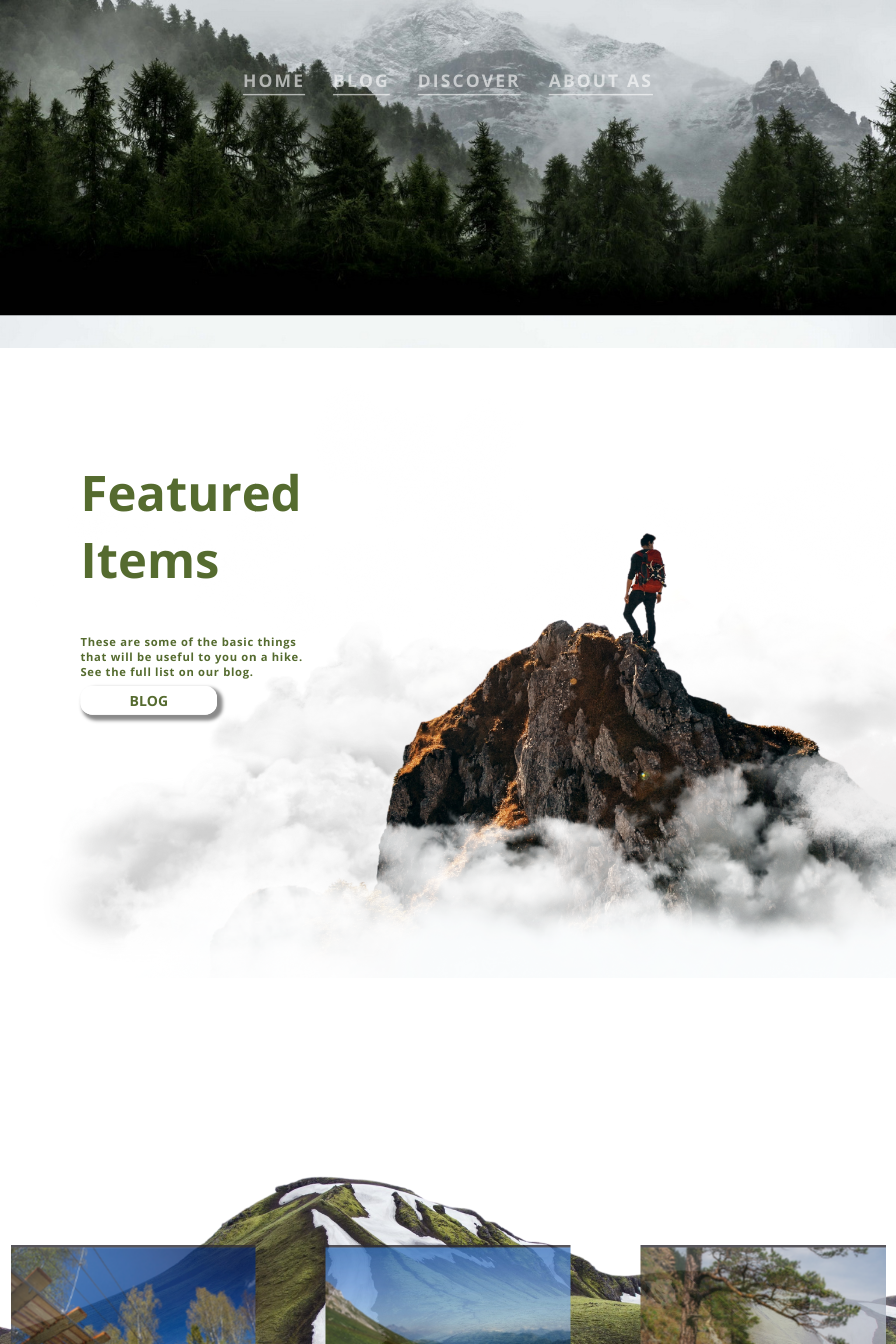
Repository: artembundin/travelrus.github.io
Page: index.html
The author's editor kept a copy of each file at every save. The page is drawn from the files as they stood at one save, then again after a run of saves.
The browser window is 1280 px wide. The pictures show the part of the page from y = 403 to 2323 px (the page is 4792 px tall), at 70% of full size.
A picture or video elsewhere on the page could not be fetched, so the positions and the page height are approximate. An inner scrolling area shows only its first screen. Backgrounds fixed to the window are drawn as part of the page. Some web fonts or font styles are not loaded; a fallback is used.

Above is the page before, as saved 2025-05-08 02:09:30.
Console error: TypeError: Cannot read properties of null (reading 'offsetTop')

### index.html
<!DOCTYPE html>
<html lang="en">
  <head>
    <meta charset="UTF-8" />
    <meta name="viewport" content="width=device-width, initial-scale=1.0" />
    <title>Document</title>
    <link rel="stylesheet" href="style.css" />
  </head>
  <body>
    <header class="header">
      <div class="container-header">
        <img src="icons/TRAIL TRIBE (3).svg" alt="" class="anim header-logo" />
        <ul class="header-list">
          <li><a class="active" href="/">HOME</a></li>
          <li><a href="#join">BLOG</a></li>
          <li><a href="#inf">DISCOVER</a></li>
          <li><a href="#aboutus">ABOUT AS</a></li>
        </ul>
      </div>
    </header>
    <main class="main">
      <section class="join" id='join'>
        <div class="join-container">
          <div class="text_section">
            <h2>Featured Items</h2>
            <p>
              These are some of the basic things that will be useful to you on a
              hike. See the full list on our blog.
            </p>
            <a href="#" class="btn_list" id="newPageButton">BLOG</a>
          </div>

        </div>
      </section>
      <section class="inf" id='inf'>
        <div class="inf-container">
          <h2 class="inf-caption animate-slidein">Find our most popular camps</h2>
          <div class="cards">
              <div class="cards-content">
                <a href="map.html#mapstore">
                  <img src="images/bvt.jpeg" alt="" class="img">
                </a>
                <div class="cards-text">
                  <h4 class="cards-title">The Big Valdai Trail</h4>
                  <p class="cards-sub-title">Its uniqueness lies in the change of ecological systems: spruce-fir forest, broad-leaved forest, pine forest.</p>
                </div>
              </div>
            <div class="cards-content">
              <a href="map.html#mapstore2">
                <img src="images/30.jpeg" alt="" class="img">
              </a>
              <div class="cards-text">
                <h4 class="cards-title">Through the Mountains to the Sea</h4>
                <p class="cards-sub-title">One of the oldest, most popular traveled tourist routes in the Soviet Union.</p>
              </div>
            </div>
            <div class="cards-content">
              <a href="map.html#mapstore3">
                <img src="images/btt.jpeg" alt="" class="img">
              </a>
              <div class="cards-text">
                <h4 class="cards-title">The Great Baikal Trail</h4>
                <p class="cards-sub-title">The trail will connect three national parks and three reserves.</p>
              </div>
            </div>
          </div>
        </div>
      </section>
      <section class="aboutus" id='aboutus'>
        <div class="aboutus-container">
          <div class="aboutus-image animate-slideleft"></div>
          <div class="aboutus-text animate-slideright">
            <h2 class="aboutus-title">About us</h2>
            <p class="aboutus-sub-title">Our team provides you with a multifunctional website, where you can find useful information for your future adventure, as well as leave comments about the trail you have visited.</p>
          </div>
        </div>
      </section>
      <section class="stuff-list">
      <h2 class="stuff-list-caption animate-appeir">That is useful for any hike</h2>
      <div class="item">
        <div class="stuff-list-container animate-appeir">
            <div class="stuff-item">
                    <p class="item1_title">Knife</p>
                    <img src="images/knife.svg" alt="/" id="item1">
            </div>
            <div class="stuff-item">
                    <p class="item2_title">Sleeping-bag</p>
                    <img src="images/sleepingbag.svg" alt="/" id="item2">
            </div>
            <div class="stuff-item">
                    <p class="item3_title">Tent</p>
                    <img src="images/tent.svg" alt="/" id="item3">
            </div>
          </div>
      </div>
    </section>
  </main>
  <script src="animation.js"></script>
  </body>
</html>




<!--<h2 class="stuff-list-caption">That is useful for any hike</h2>-->

### style.css
@font-face {
  font-family: 'OpenSans';
  src: url(fonts/OpenSans-Regular.woff2) format('woff2');
  font-weight: 400;
  font-style: normal;
  font-display: swap;
}
@font-face {
  font-family: 'OpenSans';
  src: url(fonts/OpenSans-Bold.woff2) format('woff2');
  font-weight: 700;
  font-style: normal;
  font-display: swap;
}


body {
  margin: 0;
  font-family: 'OpenSans';
  background-color: white;
  color: white;
  font-weight: 550;
}

ul {
  list-style: none;
  padding: 0;
  margin: 0;
}

a {
  text-decoration: none;
  color: white;
}

p {
  display: flex;
  /*animation: pfade linear both;
  animation-timeline: view();
  animation-range: entry 50% cover 50%;*/
}


h1, h2, h3, h4, h5, h6 {
  display: flex;
  /*animation: pfade linear both;
  animation-timeline: view();
  animation-range: entry 50% cover 50%;*/
}


/*@keyframes pfade {
  from {
    opacity: 0;
  }
  to {
    opacity: 1;
  }
} */

a {
  text-decoration: none;
}

/*Шапка*/

.header {
  position: relative;
  text-align: center;
  background-image: url(images/hiking3.jpeg);
  background-attachment: fixed;
  background-size: cover;
  background-position: center;
}

.container-header {
  display: flex;
  flex-direction: column;
  align-items: center;
  max-width: 1200px;
  height: 900px;
  margin-left: auto;
  margin-right: auto;
  overflow-x: hidden;
  padding: 0 15px;
}

.header-logo {
  width: 600px;
  height: 600px;
}



.header-img {
  position: absolute;
  width: 100%;
  height: auto;

  background-image: url(images/hiking3.jpeg);
  /*background-attachment: fixed;
    background-size: cover;
    background-position: center;*/
  z-index: -1;
}

.header-list {
  display: flex;
  gap: 40px;
  margin-top: -100px;
  text-decoration: underline;
  text-underline-offset: 10px;
  opacity: 0.6;
  font-weight: 600;
  font-size: 25px;
  letter-spacing: 3px;
}


/*СЕКЦИЯ 1*/

.main {
  display: inline;
}


.join {
  background-image: url('images/cloudmount.png');
  background-size: cover;
  background-position: center;
  background-repeat: no-repeat;
  animation: pfade linear both;
}

@keyframes pfade {
  from {
    opacity: 0;
  }
  to {
    opacity: 1;
  }
}

.join-container {
  display: flex;
  max-width: 1500px;
  height: 900px;
  margin-left: auto;
  margin-right: auto;
  overflow-x: hidden;
  padding: 0 15px;
}


.text_section {
  width: 330px;
  height: 900px;
  padding: 100px;
  color: darkolivegreen;
}

.text_section p {
  letter-spacing: 1px;
}

.text_section h2 {
  font-size: 70px;
  font-weight: 700;
}

/*Кнопка*/

.btn_list {
  margin-top: 50px;
  text-align: center;
  padding: 7px 70px;
  font-size: 20px;
  color: darkolivegreen;
  background-color: white;
  border-radius: 17px;
  box-shadow: 5px 5px 5px 3px #8a8a8a;
  cursor: pointer;
  transition: .3s;
}

.btn_list:active {
  transform: translateY(4px);
  box-shadow: 0 5px 0 darkgreen;
}


/*Конец кнопки*/



/*СЕКЦИЯ 2*/

.inf {
  background-image: url(images/holm.png);
  background-attachment: fixed;
  background-size: 1500px 900px;
  background-repeat: no-repeat;
  color: #AFD2F2;

}


.inf-caption {
  display: flex;
  justify-content: center;
  font-size: 60px;
  font-weight: 700;
  margin-top: 100px;
  margin-bottom: 200px;

  color: white;
}

@keyframes slidein {
  from {
    transform: translateX(-100%);
    opacity: 0;
  }
  to {
    transform: translateX(0);
    opacity: 1;
  }
}

.inf-caption.animate-slidein {
  animation: slidein;
  animation-duration: 2s;
  animation-timing-function: linear forwards;
  animation-iteration-count: 1;
}

.inf-container {
  max-width: 1500px;
  height: 900px;
  margin-left: auto;
  margin-right: auto;
  overflow-x: hidden;
  padding: 0 15px;
}

@keyframes fadein {
  from {
    opacity: 0;
  }
  to {
    opacity: 1;
  }
}

.cards {
  display: flex;
  justify-content: center;
  gap: 100px;
  animation: pfade linear both;
  animation-timeline: view();
  animation-range: entry 50% cover 50%;
}

.cards-content {
  display: flex;
  position: relative;
  justify-content: center;
  align-items: center;
  overflow: hidden;




  /*width: 400px;
  border-radius: 20px;
  margin-top: 200px;
  text-align: center;*/
}


.img {
  width: 400px;
  height: 300px;
  border: 3px solid #2E2C33;




  /*max-width: 100%;
  height: 350px;
  object-fit: cover;
  border-radius: 15px;*/
}

.cards-text {
  width: 200px;
  height: 200px;
  background-color: white;
  padding: 1.5rem 2rem;
  box-shadow: 0 8px 24px hsla(0, 0%, 0%, .15);
  border-radius: 1rem;
  position: absolute;
  bottom: -9rem;
  opacity: 0;
  transition: opacity 1s 1s;
}

.cards-title {
  font-size: 28px;
  font-weight: 700;
  margin-bottom: .75rem;
}



.cards-sub-title {
  font-size: 13px;
  font-weight: 400;

}

.cards-content:hover .cards-text{
  animation: show-text 1s forwards;
  opacity: 1;
  transition: opacity .3s;
}

.cards-content {
  animation-name: remove-overflow;
  animation: remove-overflow 2s forwards;

}

.cards-content:not(:hover) {
  animation: show-overflow 2s forwards;
}

.cards-content:not(:hover) .cards-text {
  animation: remove-text 1s forwards;
}

@keyframes show-text {
  50% {
    transform: translateY(-10rem);
  }
  100% {
    transform: translateY(-7rem);
  }
}

@keyframes remove-overflow {
  to {
    overflow: initial;
  }
}

@keyframes remove-text {
  0% {
    transform: translateY(-7rem);
  }
  50% {
    transform: translateY(-10rem);
  }
  100% {
    transform: translateY(.5rem);
  }
}

@keyframes show-overflow {
  0% {
    overflow: initial;
    pointer-events: none;
  }
  50% {
    overflow: hidden;
  }
}


/*СЕКЦИЯ 3 */



.aboutus {
  color: darkolivegreen;
}


.aboutus-container {
  display: flex;
  max-width: 1500px;
  height: 800px;
  margin-right: auto;
  overflow-x: hidden;
  margin-top: 100px;
  margin-bottom: 150px;
}


.aboutus-image {
  background-image: url(images/goraaa.png);
  background-size: cover;
  background-repeat: no-repeat;
  width: 1200px;
  height: 800px;
}

/*@keyframes slideleft {
  from{
    transform: translateX(-100%);
    opacity: 0;
  }
  to {
    transform: translate(0);
    opacity: 1;
  }
}

.aboutus-image.animate-slideleft {
  animation: slideleft;
  animation-duration: 5s;
  animation-timing-function: linear forwards;
  animation-iteration-count: 1;
}*/

.aboutus-text {
  width: 280px;
  height: auto;
  margin-right: 90px;
  text-align: left;
  letter-spacing: 1px;
}

/*.aboutus-text.animate-slideright {
  animation: none;
  animation: slideright;
  animation-duration: 4s;
  animation-timing-function: linear forwards;
  animation-iteration-count: 1;
}

@keyframes slideright {
  from {
    transform: translateX(100%);
  }
  to {
    transform: translateX(0);
  }
}*/

.aboutus-title {
  font-size: 70px;
  justify-content: left;
}



/*СЕКЦИЯ 3*/


/*.cards {
  display: flex;
  justify-content: center;
  gap: 170px;
} карточки секция */

@keyframes appeir {
  from {
    opacity: 0;
  }
  to {
    opacity: 1;
  }
}

.stuff-list-caption {
  display: flex;
  justify-content: center;
  font-size: 65px;
  font-weight: 700;
  color: darkolivegreen;

}

.stuff-list-caption.animate-appeir {
  animation: appeir;
  animation-duration: 6s;
  animation-timing-function: linear forwards;
  animation-iteration-count: 1;
}

.stuff-list-container.animate-appeir {
  display: grid;
  grid-template-columns: 0.25fr 0.25fr;
  grid-template-rows: 600px 600px;
  gap: 20px;
  max-width: 1200px;
  height: 800px;
  margin-left: auto;
  margin-right: auto;
  overflow-x: hidden;
  margin-top: 100px;


    /*animation: appeir2 ;
    animation-duration: 1s;
    animation-timing-function: ease-in forwards;
    animation-delay: 1s;
    animation-iteration-count: 1;*/

}

/*@keyframes appeir2 {
  from {
    opacity: 0;
  }
  to {
    opacity: 1;
  }
}*/

.stuff-list {
  color: white;
}


.item {
  background-image: url(/images/sumka.png);
  background-size: 1300px 800px;
  background-repeat: no-repeat;
  background-position: center;
}


#item1 {
  background-color: lemonchiffon;
  position: relative;
  left: 490px;
  top: 160px;
}



#item2 {
  background-color: lightpink;
  position: relative;
  left: 390px;
  top: 130px;
}



#item3 {
  background-color: lightsteelblue;
  position: relative;
  left: 530px;
  bottom: 230px;
}

.item1_title {
  position: relative;
  left: 490px;
  top: 160px;
  font-size: 17px;
}

.item2_title {
  position: relative;
  left: 390px;
  top: 130px;
  font-size: 17px;
}

.item3_title {
  position: relative;
  left: 530px;
  bottom: 230px;
  font-size: 17px;
}

/* В конец файла добавим медиа-запросы */

/* Для планшетов */
@media screen and (max-width: 1024px) {
  .container-header {
    height: 700px;
  }

  .header-logo {
    width: 400px;
    height: 400px;
  }

  .header-list {
    font-size: 20px;
    gap: 20px;
  }

  .join-container {
    width: 100%;
    padding: 0 20px;
  }

  .text_section {
    padding: 50px;
  }

  .text_section h2 {
    font-size: 50px;
  }

  .cards {
    flex-wrap: wrap;
    gap: 50px;
  }

  .img {
    width: 300px;
    height: 225px;
  }

  .aboutus-container {
    flex-direction: column;
    height: auto;
  }

  .aboutus-image {
    width: 100%;
    height: 500px;
  }

  .aboutus-text {
    width: 100%;
    margin: 20px;
  }
}

/* Для мобильных устройств */
@media screen and (max-width: 768px) {
  .container-header {
    height: 500px;
  }

  .header-logo {
    width: 300px;
    height: 300px;
  }

  .header-list {
    font-size: 16px;
    gap: 15px;
    flex-direction: column;
  }

  .text_section h2 {
    font-size: 40px;
  }

  .btn_list {
    right: 200px;
  }

  .inf-caption {
    font-size: 40px;
    margin: 50px 0;
  }

  .cards-content {
    width: 100%;
  }

  .img {
    width: 100%;
    max-width: 300px;
  }

  .stuff-list-container {
    grid-template-columns: 1fr;
    grid-template-rows: auto;
  }

  #item1, #item2, #item3,
  .item1_title, .item2_title, .item3_title {
    left: 50%;
    transform: translateX(-50%);
    position: relative;
    top: 0;
    bottom: 0;
  }

  .stuff-list-caption {
    font-size: 40px;
    text-align: center;
  }
}

/* Для маленьких экранов */
@media screen and (max-width: 480px) {
  .header-logo {
    width: 200px;
    height: 200px;
  }

  .text_section {
    width: 100%;
    padding: 20px;
  }

  .text_section h2 {
    font-size: 30px;
  }

  .btn_list {
    width: 150px;
    right: 100px;
  }
}

.join,
.inf,
.aboutus,
.stuff-list {
  width: 100%;
  overflow-x: hidden;
}

### animation.js
window.addEventListener('scroll', function() {
    var infCaption = document.querySelector('.inf-caption');
    var infOffsetTop = infCaption.offsetTop;
    var windowHeight = window.innerHeight;
    var scrollTop = window.scrollY;

    if (scrollTop > infOffsetTop - windowHeight) {
    infCaption.classList.add('animate-slidein');
    }
    else {
    infCaption.classList.remove('animate-slidein');
    }
});

window.addEventListener('scroll', function() {
    var aboutusSection = document.querySelector('.aboutus');
    var aboutusOffsetTop = aboutusSection.offsetTop;
    var windowHeight = window.innerHeight;
    var scrollTop = window.scrollY;

    if (scrollTop > aboutusOffsetTop - windowHeight) {
    document.querySelector('.aboutus-image').classList.add('animate-slideleft');
    document.querySelector('.aboutus-text').classList.add('animate-slideright');
    }
    else {
    document.querySelector('.aboutus-image').classList.remove('animate-slideleft');
    document.querySelector('.aboutus-text').classList.remove('animate-slideright');
    }
});


window.addEventListener('scroll', function() {
    var stuffSection = document.querySelector('.stuff-list');
    var stuffOffsetTop = stuffSection.offsetTop;
    var windowHeight = window.innerHeight;
    var scrollTop = window.scrollY;

    if (scrollTop > stuffOffsetTop - windowHeight) {
    document.querySelector('.stuff-list-caption').classList.add('animate-appeir');
    }
    else {
    document.querySelector('.stuff-list-caption').classList.remove('animate-appeir');
    }
});

document.addEventListener('scroll', function() {
    var stuffSection = document.querySelector('.stuff-list-container');
    var windowHeight = window.innerHeight;
    var stuffOffsetTop = stuffSection.offsetTop;
    var scrollTop = window.scrollY;

    if (scrollTop > stuffOffsetTop - windowHeight) {
        stuffSection.classList.add('animate-appeir');
    } else {
        stuffSection.classList.remove('animate-appeir');
    }
});

document.addEventListener('scroll', function() {
    var footer = document.querySelector('.footer');
    var windowHeight = window.innerHeight;
    var footerOffsetTop = footer.offsetTop;
    var scrollTop = window.scrollY;

    if (scrollTop > footerOffsetTop - windowHeight) {
        footer.classList.add('animate-appeir-footer');
    } else {
        footer.classList.remove('animate-appeir-footer');
    }
});

document.addEventListener('scroll', function() {
    var socialContainer = document.querySelector('.social-container');
    var windowHeight = window.innerHeight;
    var socialContainerOffsetTop = socialContainer.offsetTop;
    var scrollTop = window.scrollY;

    if (scrollTop > socialContainerOffsetTop - windowHeight) {
        socialContainer.classList.add('animate-appeir3');
    } else {
        socialContainer.classList.remove('animate-appeir3');
    }
});

const newPageButton = document.getElementById('newPageButton');

newPageButton.addEventListener('click', function() {
    window.open('blog.html');
});

After the next 3 saves:
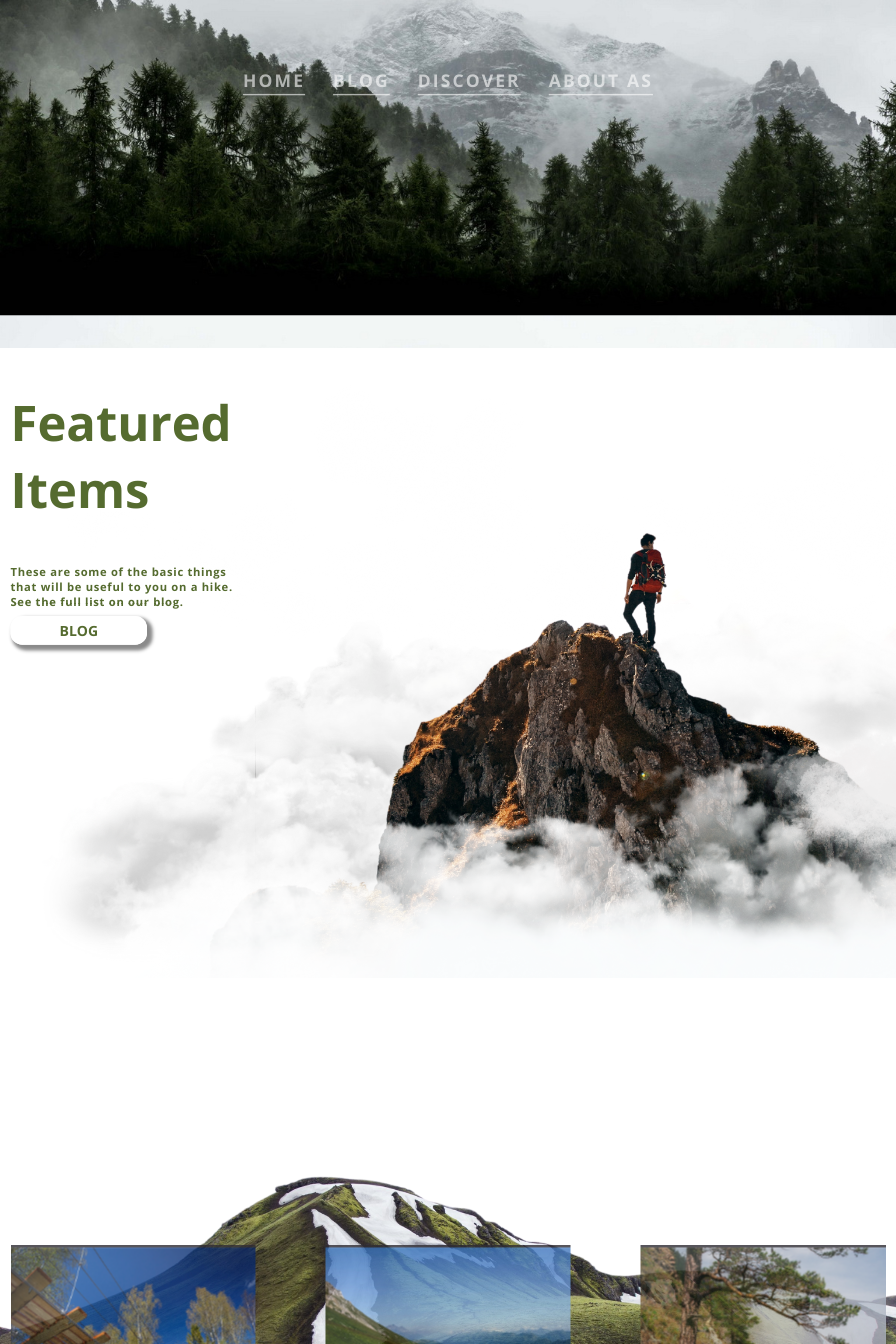
The 3 saves are shown as one change because they came seconds apart.
The last was saved 10 s later.
--- a/style.css
+++ b/style.css
@@ -155,7 +155,7 @@ a {
 .text_section {
   width: 330px;
   height: 900px;
-  padding: 100px;
+  padding: ;
   color: darkolivegreen;
 }
 
